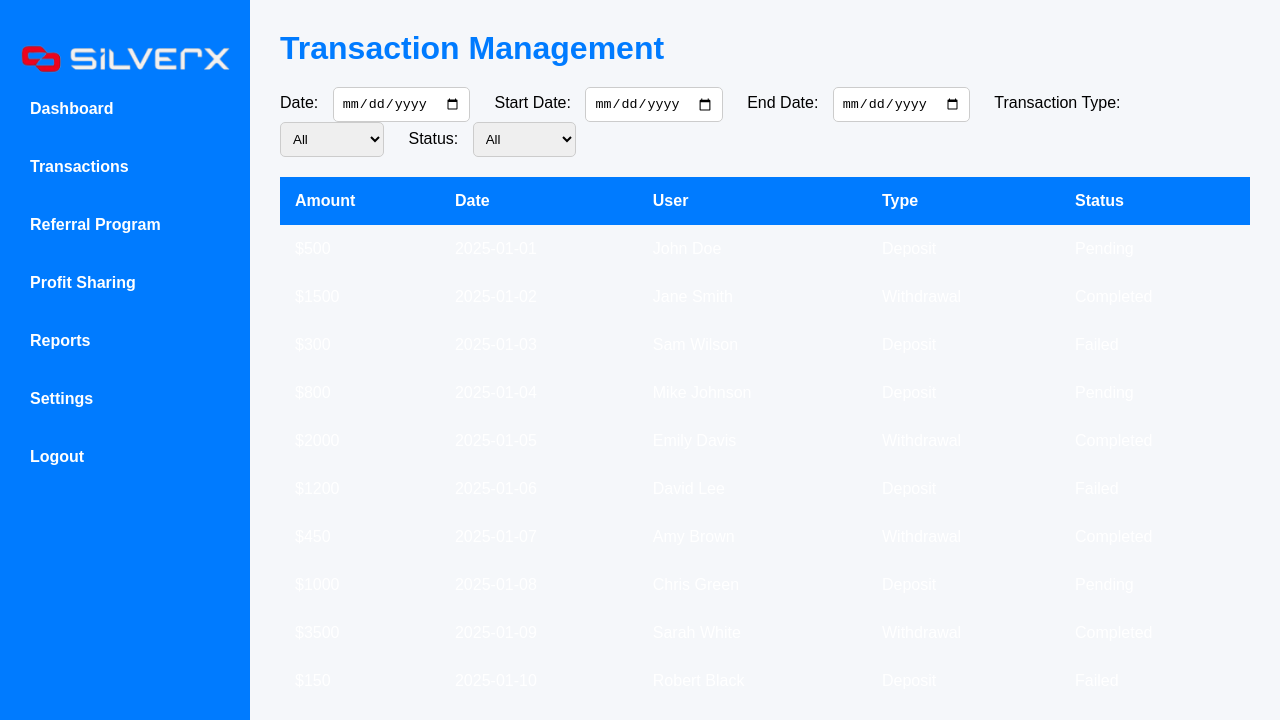
Repository: 2025silverx/slivedrX
Page: index2.html
The author's editor kept a copy of each file at every save. The page is drawn from the files as they stood at one save, then again after the next save.
The browser window is 1280 px wide. The pictures show the whole page.
An inner scrolling area shows only its first screen.

Above is the page before, as saved 2025-01-19 20:28:03.

### index2.html
<!DOCTYPE html>
<html lang="en">
<head>
    <meta charset="UTF-8">
    <meta name="viewport" content="width=device-width, initial-scale=1.0">
    <title>Transaction Management - Admin Panel</title>
    <link rel="stylesheet" href="style2.css">
</head>
<body>
    <div id="sidebar-container">
        <div class="sidebar">
            <img src="images/logo.png" alt="Sidebar Logo" class="sidebar-logo">
            <ul class="sidebar-links">
                <li><a href="index.html" class="sidebar-link" data-target="dashboard">Dashboard</a></li>
                <li><a href="index2.html" class="sidebar-link" data-target="transactions">Transactions</a></li>
                <li><a href="indesx3.html" class="sidebar-link" data-target="reports">Referral Program</a></li>
                <li><a href="index4.html" class="sidebar-link" data-target="users">Profit Sharing</a></li>
                <li><a href="index5.html" class="sidebar-link" data-target="reports">Reports</a></li>
                <li><a href="setting.html" class="sidebar-link" data-target="settings">Settings</a></li>
                <li><a href="login.html" class="sidebar-link" data-target="logout">Logout</a></li>
            </ul>
        </div>
    </div>
    <div class="main-content">
        <h1>Transaction Management</h1>
        <div class="filters">
            <label>Date: </label>
            <input type="date" id="dateFilter">
            <label>Start Date: </label>
            <input type="date" id="startDateFilter">
            <label>End Date: </label>
            <input type="date" id="endDateFilter">
            <label>Transaction Type: </label>
            <select id="typeFilter">
                <option value="all">All</option>
                <option value="deposit">Deposit</option>
                <option value="withdrawal">Withdrawal</option>
            </select>
            <label>Status: </label>
            <select id="statusFilter">
                <option value="all">All</option>
                <option value="pending">Pending</option>
                <option value="completed">Completed</option>
                <option value="failed">Failed</option>
            </select>
        </div>

        <table>
            <thead>
                <tr>
                    <th>Amount</th>
                    <th>Date</th>
                    <th>User</th>
                    <th>Type</th>
                    <th>Status</th>
                </tr>
            </thead>
            <tbody id="transactionTable">
                <tr class="pending">
                    <td>$500</td>
                    <td>2025-01-01</td>
                    <td>John Doe</td>
                    <td>Deposit</td>
                    <td>Pending</td>
                </tr>
                <tr class="completed">
                    <td>$1500</td>
                    <td>2025-01-02</td>
                    <td>Jane Smith</td>
                    <td>Withdrawal</td>
                    <td>Completed</td>
                </tr>
                <tr class="failed">
                    <td>$300</td>
                    <td>2025-01-03</td>
                    <td>Sam Wilson</td>
                    <td>Deposit</td>
                    <td>Failed</td>
                </tr>
                <tr class="pending">
                    <td>$800</td>
                    <td>2025-01-04</td>
                    <td>Mike Johnson</td>
                    <td>Deposit</td>
                    <td>Pending</td>
                </tr>
                <tr class="completed">
                    <td>$2000</td>
                    <td>2025-01-05</td>
                    <td>Emily Davis</td>
                    <td>Withdrawal</td>
                    <td>Completed</td>
                </tr>
                <tr class="failed">
                    <td>$1200</td>
                    <td>2025-01-06</td>
                    <td>David Lee</td>
                    <td>Deposit</td>
                    <td>Failed</td>
                </tr>
                <tr class="completed">
                    <td>$450</td>
                    <td>2025-01-07</td>
                    <td>Amy Brown</td>
                    <td>Withdrawal</td>
                    <td>Completed</td>
                </tr>
                <tr class="pending">
                    <td>$1000</td>
                    <td>2025-01-08</td>
                    <td>Chris Green</td>
                    <td>Deposit</td>
                    <td>Pending</td>
                </tr>
                <tr class="completed">
                    <td>$3500</td>
                    <td>2025-01-09</td>
                    <td>Sarah White</td>
                    <td>Withdrawal</td>
                    <td>Completed</td>
                </tr>
                <tr class="failed">
                    <td>$150</td>
                    <td>2025-01-10</td>
                    <td>Robert Black</td>
                    <td>Deposit</td>
                    <td>Failed</td>
                </tr>
                <tr class="completed">
                    <td>$5000</td>
                    <td>2025-01-11</td>
                    <td>Jessica Blue</td>
                    <td>Withdrawal</td>
                    <td>Completed</td>
                </tr>
                <tr class="pending">
                    <td>$250</td>
                    <td>2025-01-12</td>
                    <td>Matthew Gray</td>
                    <td>Deposit</td>
                    <td>Pending</td>
                </tr>
                <tr class="failed">
                    <td>$1800</td>
                    <td>2025-01-13</td>
                    <td>Olivia Red</td>
                    <td>Withdrawal</td>
                    <td>Failed</td>
                </tr>
            </tbody>
        </table>
    </div>

    <script src="script2.js"></script>
</body>
</html>

### style2.css
/* Reset some default styles */
* {
    margin: 0;
    padding: 0;
    box-sizing: border-box;
}

/* Body and container styles */
body {
    font-family: Arial, sans-serif;
    display: flex;
    height: 100vh;
    background-color: #f5f7fa;
}
/* Sidebar styles */
.sidebar {
    width: 250px;
    background-color: #007bff;
    color: white;
    padding: 20px;
    display: flex;
    flex-direction: column;
    position: sticky;
    top: 0;
    height: 100vh;
    /* Remove any margin or padding at the side */
    margin-right: 0;
}

/* Sidebar heading */
.sidebar h2 {
    margin-bottom: 20px;
    text-align: center;
}

/* Sidebar links */
.sidebar-links {
    list-style: none;
}

.sidebar-links li {
    margin-bottom: 20px; /* Increased margin for better spacing */
}

.sidebar-links a {
    text-decoration: none;
    color: white;
    font-weight: bold;
    display: block;
    padding: 10px;
    font-size: 16px;
    transition: color 0.3s ease;
}

.sidebar-links a:hover {
    color: #f0f0f0; /* Light gray on hover */
}

.sidebar-links a:active {
    color: #ff6347; /* Red color on click */
}
/* Main content area */
.main-content {
    flex: 1;
    padding: 30px;
    overflow-y: auto;
}

h1 {
    color: #007bff;
    margin-bottom: 20px;
}

/* Filters styles */
.filters {
    margin-bottom: 20px;
}

.filters label {
    margin-right: 10px;
}

.filters input,
.filters select {
    padding: 8px;
    margin-right: 20px;
    border-radius: 5px;
    border: 1px solid #ccc;
}

/* Table styles */
table {
    width: 100%;
    border-collapse: collapse;
    margin-top: 20px;
}

th, td {
    padding: 15px;
    text-align: left;
}

th {
    background-color: #007bff;
    color: white;
}

td {
    background-color: #f5f7fa;
}

td.pending {
    background-color: #fff3cd;
}

td.completed {
    background-color: #d4edda;
}

td.failed {
    background-color: #f8d7da;
}

/* Responsive styles */
@media (max-width: 768px) {
    .sidebar {
        width: 200px;
    }

    .main-content {
        padding: 20px;
    }

    table {
        font-size: 14px;
    }

    th, td {
        padding: 10px;
    }
}

@media (max-width: 480px) {
    .sidebar {
        width: 100%;
        position: static;
    }

    .main-content {
        margin-top: 20px;
    }

    table {
        font-size: 12px;
    }
}
/* Status label styling */
.status-label {
    display: inline-block;
    padding: 5px 10px;
    border-radius: 5px;
    font-weight: bold;
    text-transform: capitalize;
}

.pending {
    background-color: #ffcc00; /* Yellow */
    color: #ffffff;
}

.completed {
    background-color: #28a745; /* Green */
    color: #ffffff;
}

.failed {
    background-color: #dc3545; /* Red */
    color: #ffffff;
}

### script2.js
// Function to apply the filters to the table rows
function filterTransactions() {
    const dateFilter = document.getElementById("dateFilter").value;
    const typeFilter = document.getElementById("typeFilter").value;
    const statusFilter = document.getElementById("statusFilter").value;
    const rows = document.querySelectorAll("#transactionTable tr");

    rows.forEach(row => {
        const date = row.cells[1].innerText;
        const type = row.cells[3].innerText.toLowerCase();
        const status = row.cells[4].innerText.toLowerCase();

        let isVisible = true;

        // Apply Date filter
        if (dateFilter && date !== dateFilter) {
            isVisible = false;
        }

        // Apply Type filter
        if (typeFilter !== "all" && type !== typeFilter) {
            isVisible = false;
        }

        // Apply Status filter
        if (statusFilter !== "all" && status !== statusFilter) {
            isVisible = false;
        }

        // Show or hide the row based on the filters
        if (isVisible) {
            row.style.display = "";
        } else {
            row.style.display = "none";
        }
    });
}

// Event listeners for filters
document.getElementById("dateFilter").addEventListener("input", filterTransactions);
document.getElementById("typeFilter").addEventListener("change", filterTransactions);
document.getElementById("statusFilter").addEventListener("change", filterTransactions);

// Initial call to filter transactions based on the current filter settings
filterTransactions();

After the next save:
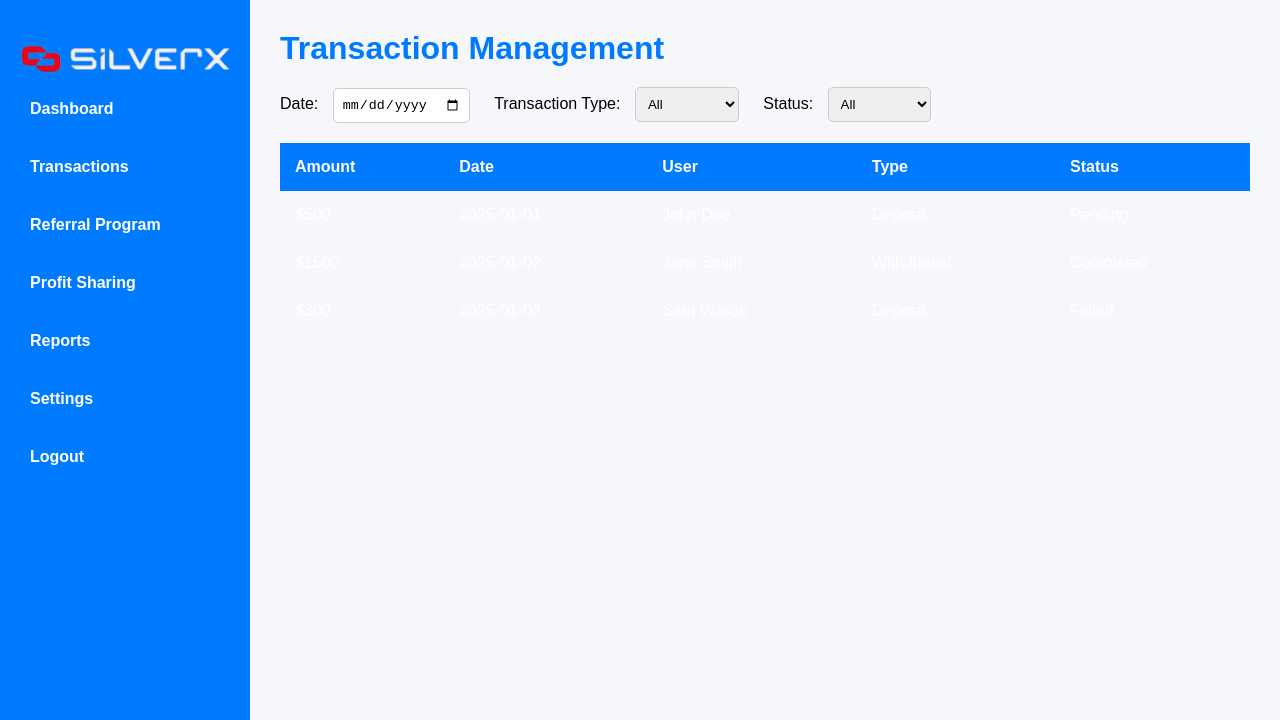
Saved 28 min 39 s later.
--- a/index2.html
+++ b/index2.html
@@ -26,10 +26,6 @@
         <div class="filters">
             <label>Date: </label>
             <input type="date" id="dateFilter">
-            <label>Start Date: </label>
-            <input type="date" id="startDateFilter">
-            <label>End Date: </label>
-            <input type="date" id="endDateFilter">
             <label>Transaction Type: </label>
             <select id="typeFilter">
                 <option value="all">All</option>
@@ -77,76 +73,7 @@
                     <td>Deposit</td>
                     <td>Failed</td>
                 </tr>
-                <tr class="pending">
-                    <td>$800</td>
-                    <td>2025-01-04</td>
-                    <td>Mike Johnson</td>
-                    <td>Deposit</td>
-                    <td>Pending</td>
-                </tr>
-                <tr class="completed">
-                    <td>$2000</td>
-                    <td>2025-01-05</td>
-                    <td>Emily Davis</td>
-                    <td>Withdrawal</td>
-                    <td>Completed</td>
-                </tr>
-                <tr class="failed">
-                    <td>$1200</td>
-                    <td>2025-01-06</td>
-                    <td>David Lee</td>
-                    <td>Deposit</td>
-                    <td>Failed</td>
-                </tr>
-                <tr class="completed">
-                    <td>$450</td>
-                    <td>2025-01-07</td>
-                    <td>Amy Brown</td>
-                    <td>Withdrawal</td>
-                    <td>Completed</td>
-                </tr>
-                <tr class="pending">
-                    <td>$1000</td>
-                    <td>2025-01-08</td>
-                    <td>Chris Green</td>
-                    <td>Deposit</td>
-                    <td>Pending</td>
-                </tr>
-                <tr class="completed">
-                    <td>$3500</td>
-                    <td>2025-01-09</td>
-                    <td>Sarah White</td>
-                    <td>Withdrawal</td>
-                    <td>Completed</td>
-                </tr>
-                <tr class="failed">
-                    <td>$150</td>
-                    <td>2025-01-10</td>
-                    <td>Robert Black</td>
-                    <td>Deposit</td>
-                    <td>Failed</td>
-                </tr>
-                <tr class="completed">
-                    <td>$5000</td>
-                    <td>2025-01-11</td>
-                    <td>Jessica Blue</td>
-                    <td>Withdrawal</td>
-                    <td>Completed</td>
-                </tr>
-                <tr class="pending">
-                    <td>$250</td>
-                    <td>2025-01-12</td>
-                    <td>Matthew Gray</td>
-                    <td>Deposit</td>
-                    <td>Pending</td>
-                </tr>
-                <tr class="failed">
-                    <td>$1800</td>
-                    <td>2025-01-13</td>
-                    <td>Olivia Red</td>
-                    <td>Withdrawal</td>
-                    <td>Failed</td>
-                </tr>
+                <!-- More transactions can be added here -->
             </tbody>
         </table>
     </div>
